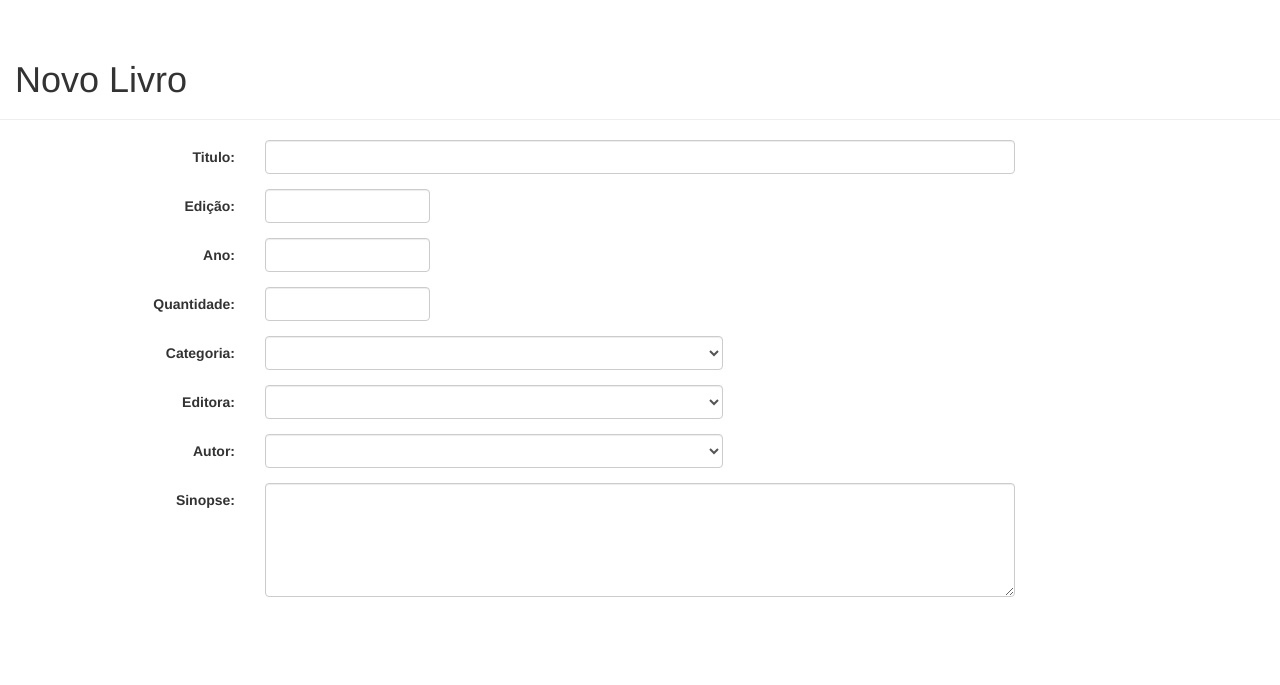
Repository: stefanyco/biblioteca
Page: http://localhost/Biblioteca/livroAdicionar.jsp
An editor plug-in stored every save of this project. The page is shown before and after the next save, followed by the edit.
The browser window is 1280 px wide. The pictures show the whole page.
The page is served by Tomcat 9. Queries for data that is not in the repository find no rows.

Above is the page before, as saved 2016-11-07 22:20:38.

After the next save:
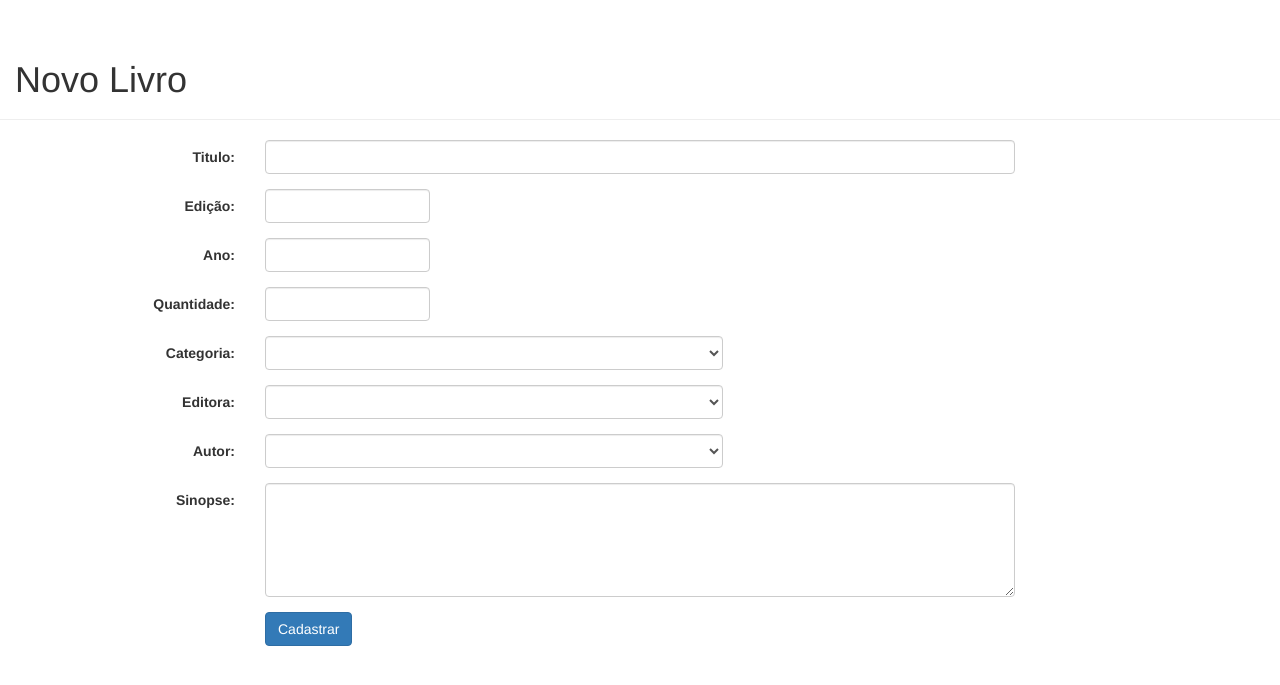
Saved 19 s later.
--- a/Sistema Biblioteca/Biblioteca/WebContent/livroAdicionar.jsp
+++ b/Sistema Biblioteca/Biblioteca/WebContent/livroAdicionar.jsp
@@ -110,6 +110,11 @@
 							<textarea rows="5" cols="5" class="form-control" name="sinopse" id="sinopse"></textarea>
 						</div>
 					</div>
+					<div class="form-group">
+						<div class="col-xs-offset-2 col-xs-10">
+							<button type="submit" class="btn btn-primary">Cadastrar</button>
+						</div>
+					</div>
 				</form>
 			</div>
 		</div>
